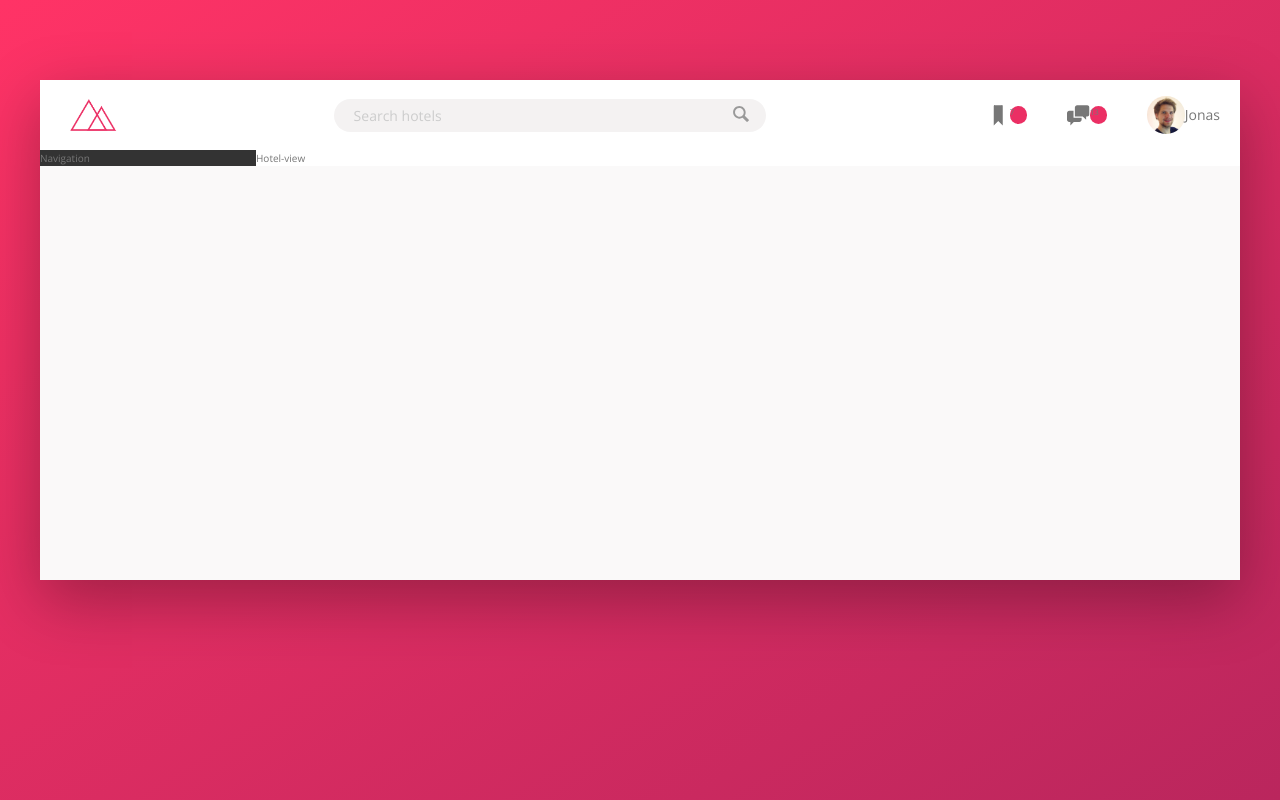
Repository: Lithium87/Trillo
Page: index.html
An editor plug-in stored every save of this project. The page is shown before and after the next save, followed by the edit.
The browser window is 1280 px wide. The pictures show the whole page.
The style sheet was rebuilt from its Sass, Less or Tailwind sources for each picture, by a compiler version that may differ from the author's.

Above is the page before, as saved 2020-05-15 20:46:34.

After the next save:
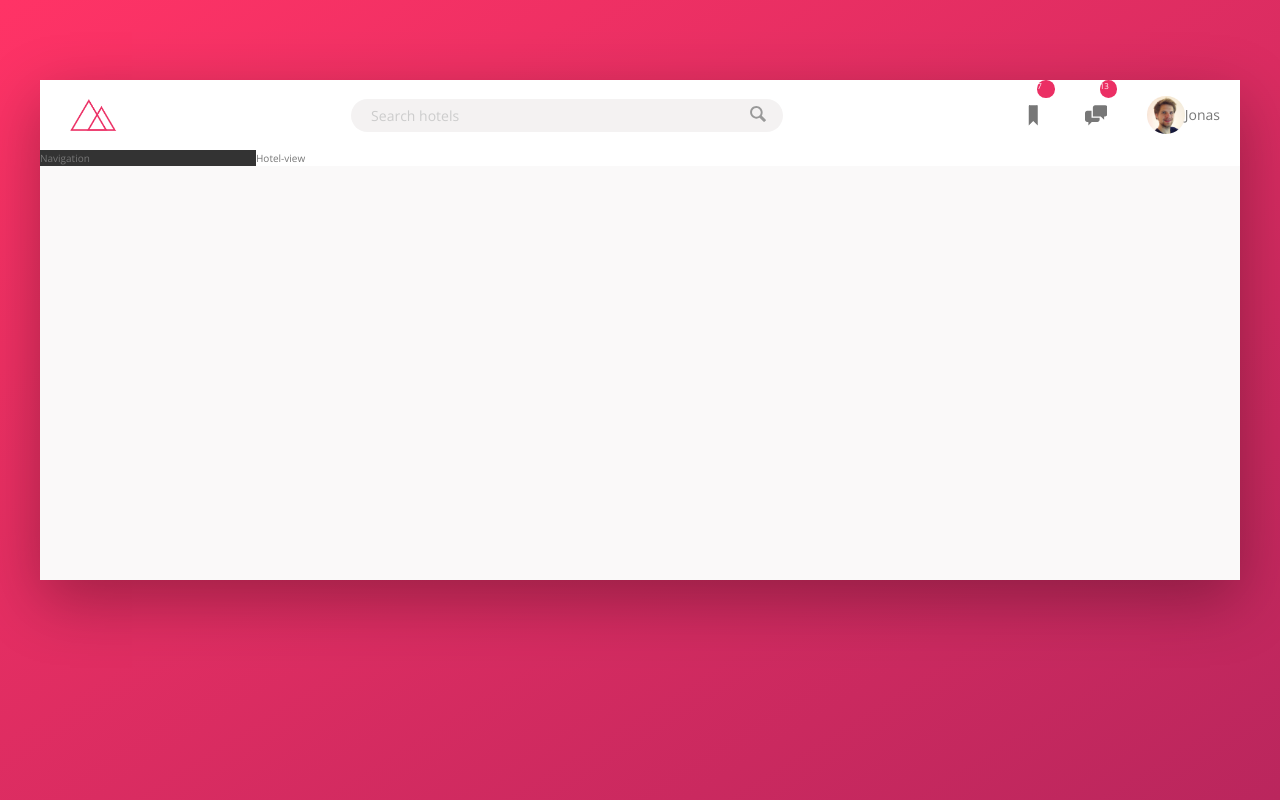
Saved 2 min 54 s later.
--- a/sass/_components.scss
+++ b/sass/_components.scss
@@ -69,7 +69,9 @@
     &>*:hover {
         background-color: var(--color-grey-light-2);
     }
-    &__icon-box {}
+    &__icon-box {
+        position: relative;
+    }
     &__icon {
         height: 2.25rem;
         width: 2.25rem;
@@ -81,6 +83,10 @@
         width: 1.75rem;
         border-radius: 50%;
         background-color: var(--color-primary);
+        color: #fff;
+        position: absolute;
+        top: 0;
+        right: 1rem;
     }
     &__user {}
     &__user-photo {
